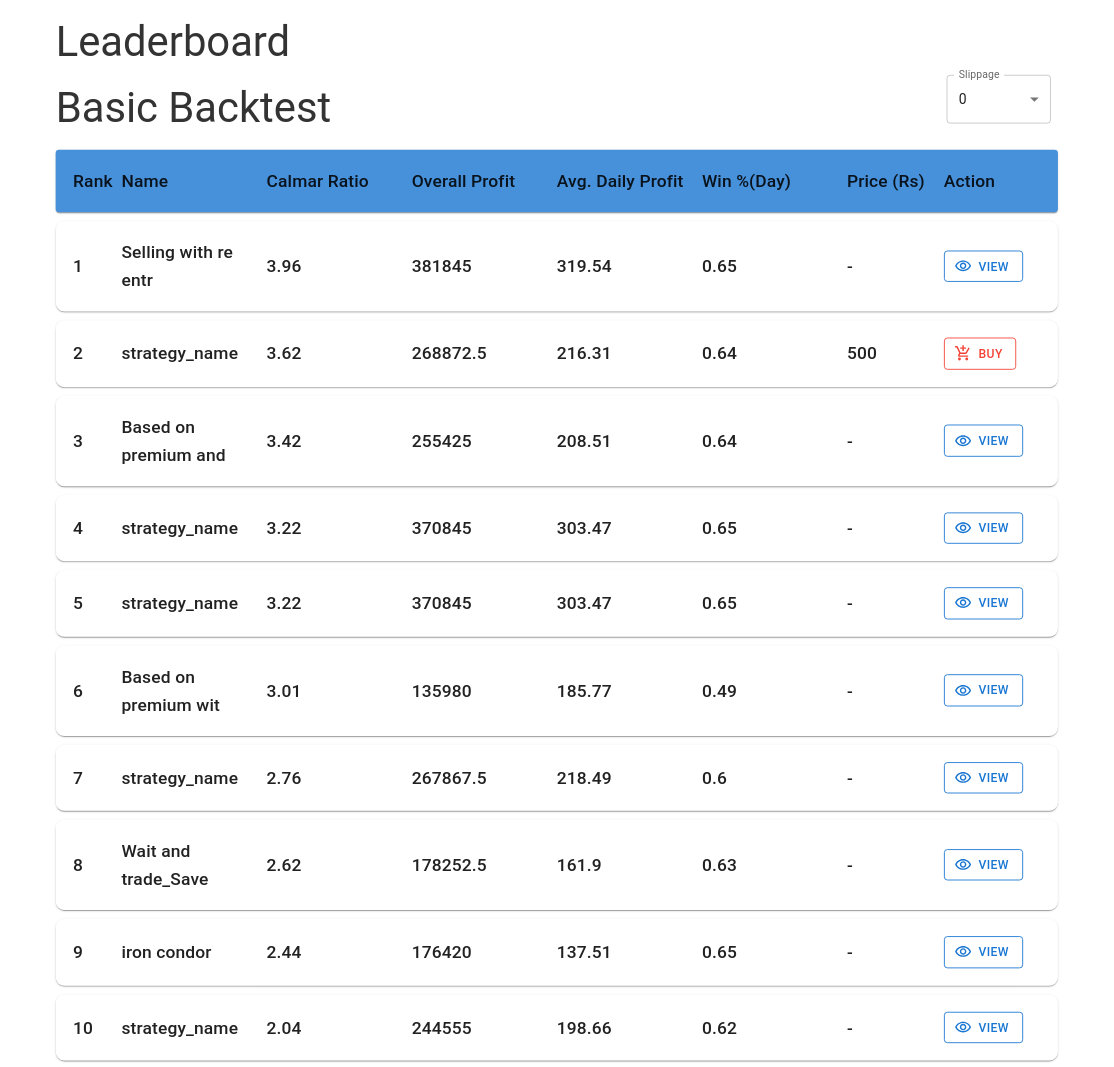
Repository: PraTEEkgUpTa2/Leaderboard
Page: /
The author's editor kept a copy of each file at every save. The page is drawn from the files as they stood at one save, then again after the next save.
The browser window is 1280 px wide. The pictures show the whole page, at 87% of full size.
The project was rebuilt for these pictures with package versions that can differ from the ones it lists, and the page was loaded fresh each time. Also part of the build but not shown: src/App.css.

Above is the page before, as saved 2024-05-28 14:18:24.

After the next save:
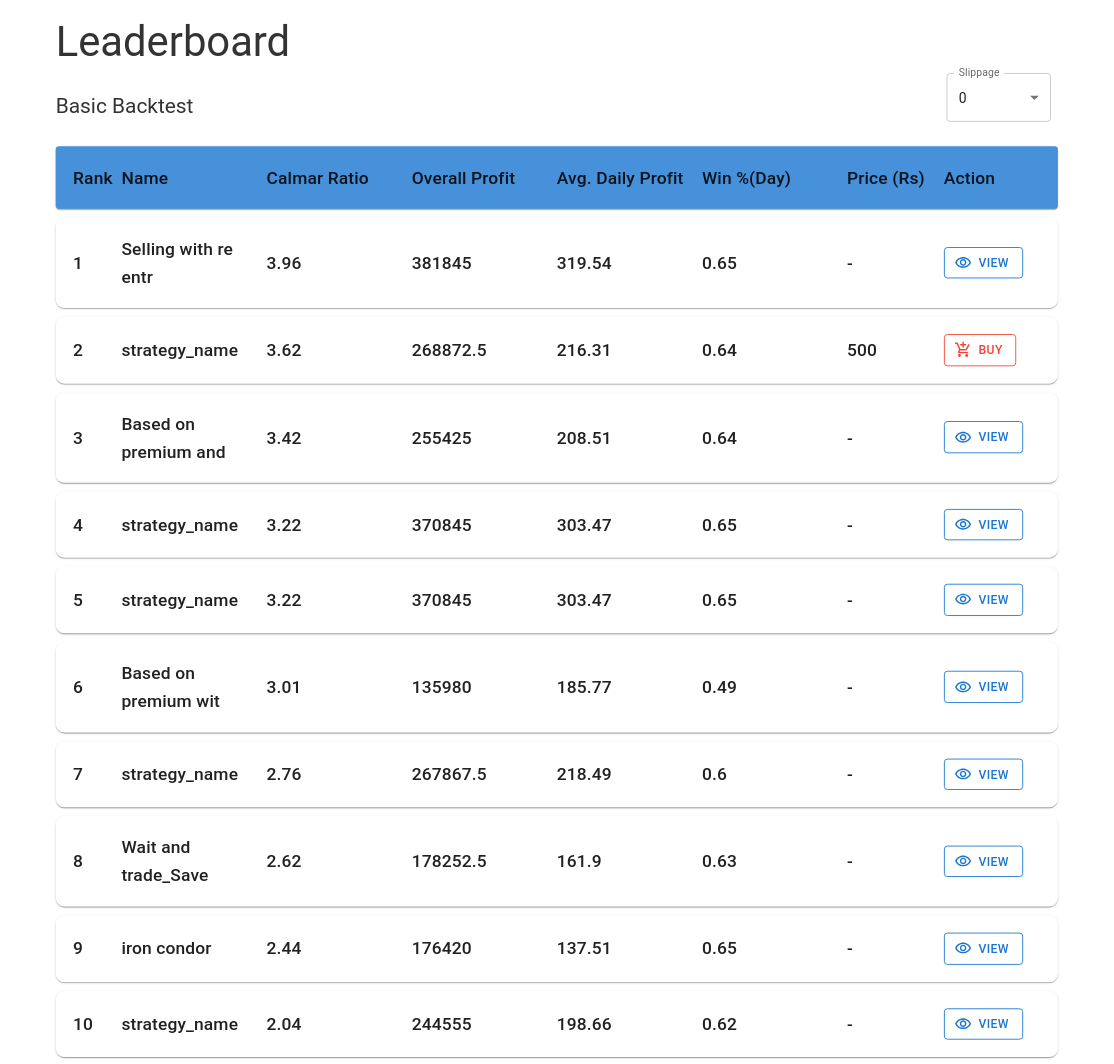
Saved 12 s later.
--- a/src/Leaderboard.js
+++ b/src/Leaderboard.js
@@ -84,7 +84,7 @@ const Leaderboard = () => {
           Leaderboard
         </Typography>
       <Box display="flex" justifyContent="space-between" alignItems="center">
-        <Typography variant="h3" style={{ color: '#333', marginTop: '20px' }}>
+        <Typography variant="h5" style={{ color: '#333', marginTop: '20px' }}>
           Basic Backtest
         </Typography>
         <FormControl sx={{ m: 1, minWidth: 120 }}>
